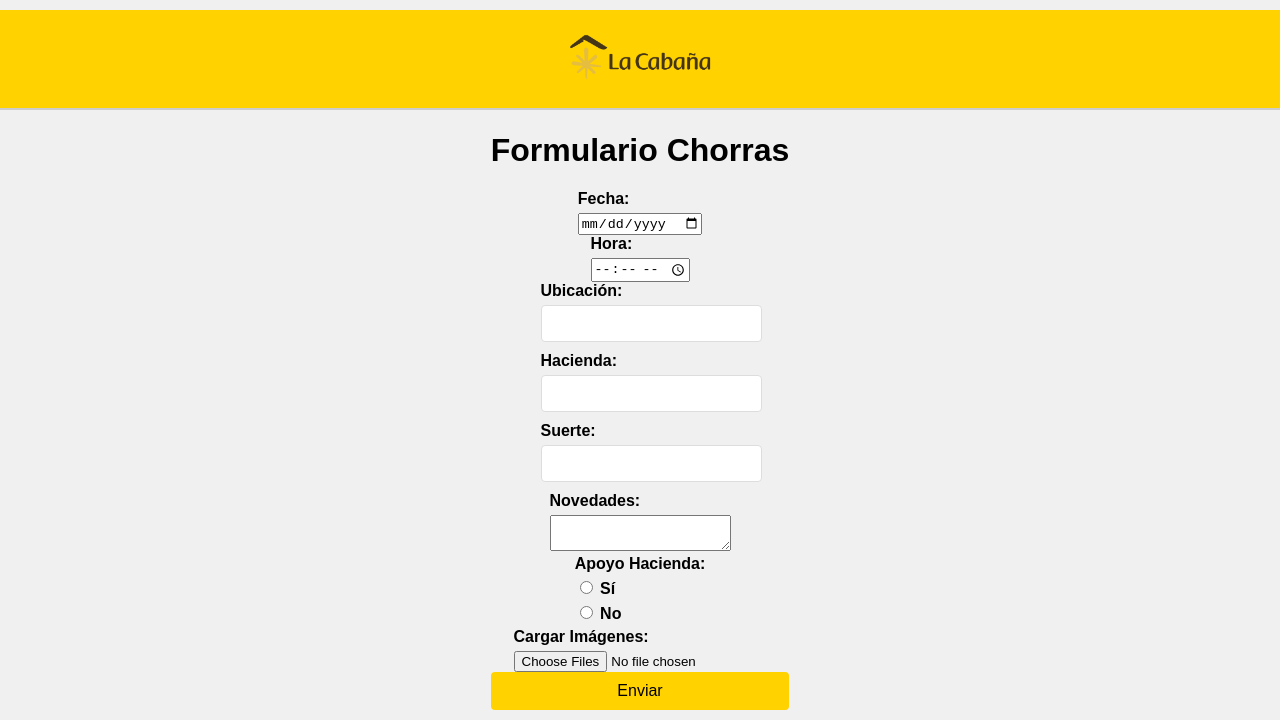
Repository: tayuanlogua/prototipo-de-control-de-accesos
Page: Patrullas/src/chorras.html
An editor plug-in stored every save of this project. The page is shown before and after the next save, followed by the edit.
The browser window is 1280 px wide. The pictures show the whole page.

Above is the page before, as saved 2024-08-09 08:25:16.

### Patrullas/src/chorras.html
<!DOCTYPE html>
<html lang="es">
  <head>
    <meta charset="UTF-8" />
    <meta name="viewport" content="width=device-width, initial-scale=1.0" />
    <title>Formulario Chorras</title>
    <link rel="stylesheet" href="styles.css" />
  </head>
  <body>
    <header class="header">
      <img src="imagenes/LOGO.png" alt="Logo" class="logo" />
    </header>
    <div class="container">
      <h1>Formulario Chorras</h1>
      <form>
        <div class="form-group">
          <label for="date">Fecha:</label>
          <input type="date" id="date" name="date" required />
        </div>
        <div class="form-group">
          <label for="time">Hora:</label>
          <input type="time" id="time" name="time" required />
        </div>
        <div class="form-group">
          <label for="location">Ubicación:</label>
          <input type="text" id="location" name="location" required />
        </div>
        <div class="form-group">
          <label for="estate">Hacienda:</label>
          <input type="text" id="estate" name="estate" required />
        </div>
        <div class="form-group">
          <label for="luck">Suerte:</label>
          <input type="text" id="luck" name="luck" required />
        </div>
        <div class="form-group">
          <label for="novelties">Novedades:</label>
          <textarea id="novelties" name="novelties"></textarea>
        </div>
        <div class="form-group radio-group">
          <label>Apoyo Hacienda:</label>
          <label><input type="radio" name="support" value="yes" /> Sí</label>
          <label><input type="radio" name="support" value="no" /> No</label>
        </div>
        <div class="form-group" id="support-name-group" style="display: none">
          <label for="support-name">Nombre Apoyo Hacienda:</label>
          <input type="text" id="support-name" name="support-name" />
        </div>
        <div class="form-group">
          <label for="images">Cargar Imágenes:</label>
          <input type="file" id="images" name="images" multiple />
        </div>
        <button type="submit">Enviar</button>
      </form>
    </div>
    <script src="script.js"></script>
  </body>
</html>

### Patrullas/src/styles.css
/* Estilos generales para el body */
body {
  font-family: Arial, sans-serif;
  display: flex;
  flex-direction: column; /* Colocar header y login-container en columna */
  justify-content: center;
  align-items: center;
  height: 100vh;
  margin: 0;
  background-color: #f0f0f0; /* Fondo general de la página */
}

/* Estilos para el header */
.header {
  background-color: #ffd200; /* Fondo amarillo para el header */
  padding: 20px 0; /* Padding para centrar el logo verticalmente */
  border-bottom: 2px solid #ccc;
  width: 100%; /* Asegura que el header ocupe todo el ancho */
  text-align: center; /* Centrar el contenido del header */
}

.logo {
  max-width: 150px; /* Tamaño máximo del logo */
  height: auto;
}

/* Estilos para el contenedor de inicio de sesión */
.login-container {
  width: 80%;
  max-width: 400px; /* Ancho máximo del contenedor del formulario */
  padding: 20px;
  background-color: #fff; /* Fondo blanco del contenedor */
  border-radius: 8px;
  box-shadow: 0 0 10px rgba(0, 0, 0, 0.1);
  text-align: center; /* Centrar el contenido dentro del contenedor */
  margin-top: 20px; /* Espacio encima del contenedor de inicio de sesión */
}

/* Estilos para el título del formulario */
h2 {
  margin-bottom: 20px;
  color: #000; /* Color negro para el título */
}

/* Estilos para el formulario */
form {
  display: flex;
  flex-direction: column;
  align-items: center; /* Centrar el formulario horizontalmente */
}

label {
  display: block;
  margin-bottom: 5px;
  font-weight: bold;
  color: #000; /* Color negro para las etiquetas */
}

input[type="text"],
input[type="password"] {
  width: 100%;
  padding: 10px;
  margin-bottom: 10px;
  border: 1px solid #ddd;
  border-radius: 4px;
}

button {
  width: 100%;
  padding: 10px 15px;
  background-color: #ffd200; /* Color amarillo */
  color: #000; /* Texto en negro para el botón */
  border: none;
  border-radius: 4px;
  cursor: pointer;
  font-size: 16px;
}

button:hover {
  background-color: #f9c700; /* Amarillo más oscuro para el hover */
}

Loaded but not shown: Patrullas/src/script.js (no stored copy; drawn as an empty file)

After the next save:
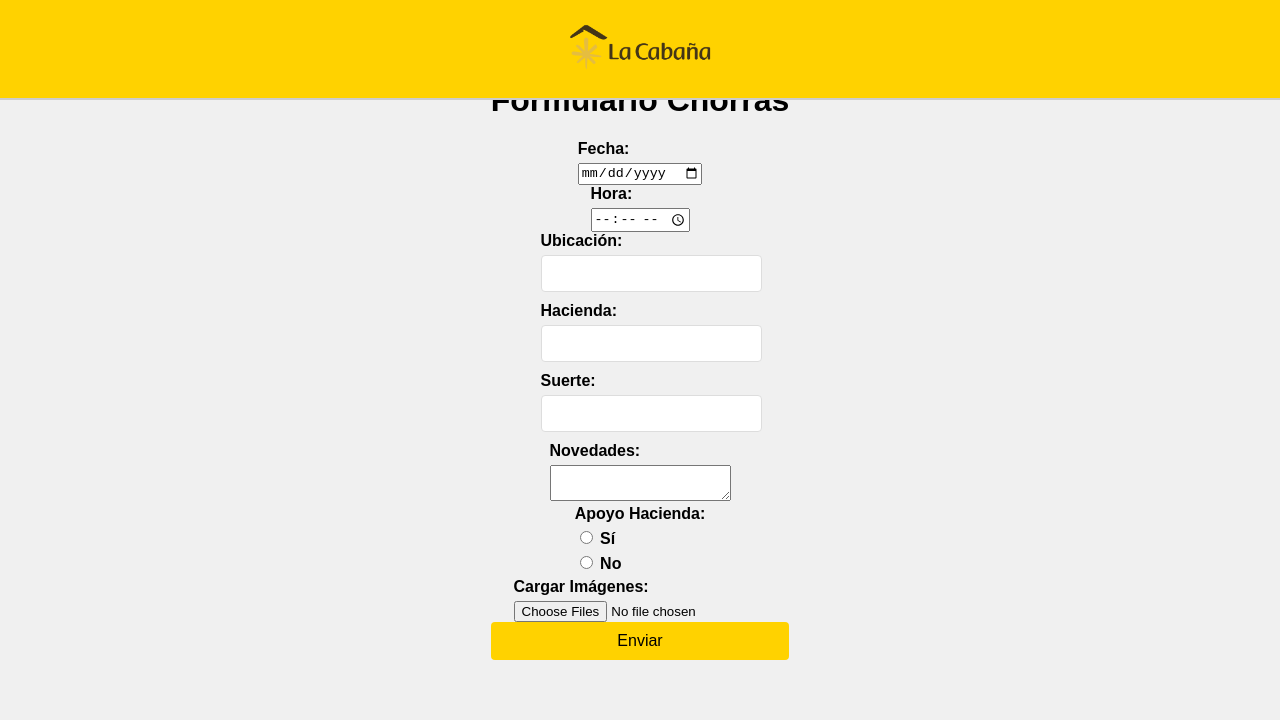
Saved 15 min 11 s later.
--- a/Patrullas/src/styles.css
+++ b/Patrullas/src/styles.css
@@ -17,6 +17,10 @@
   border-bottom: 2px solid #ccc;
   width: 100%; /* Asegura que el header ocupe todo el ancho */
   text-align: center; /* Centrar el contenido del header */
+  position: fixed; /* Fija el header en la parte superior */
+  top: 0;
+  left: 0;
+  z-index: 1000; /* Asegura que el header esté por encima del contenido */
 }
 
 .logo {
@@ -33,7 +37,7 @@
   border-radius: 8px;
   box-shadow: 0 0 10px rgba(0, 0, 0, 0.1);
   text-align: center; /* Centrar el contenido dentro del contenedor */
-  margin-top: 20px; /* Espacio encima del contenedor de inicio de sesión */
+  margin-top: 100px; /* Espacio suficiente para que el contenedor no quede bajo el header */
 }
 
 /* Estilos para el título del formulario */
